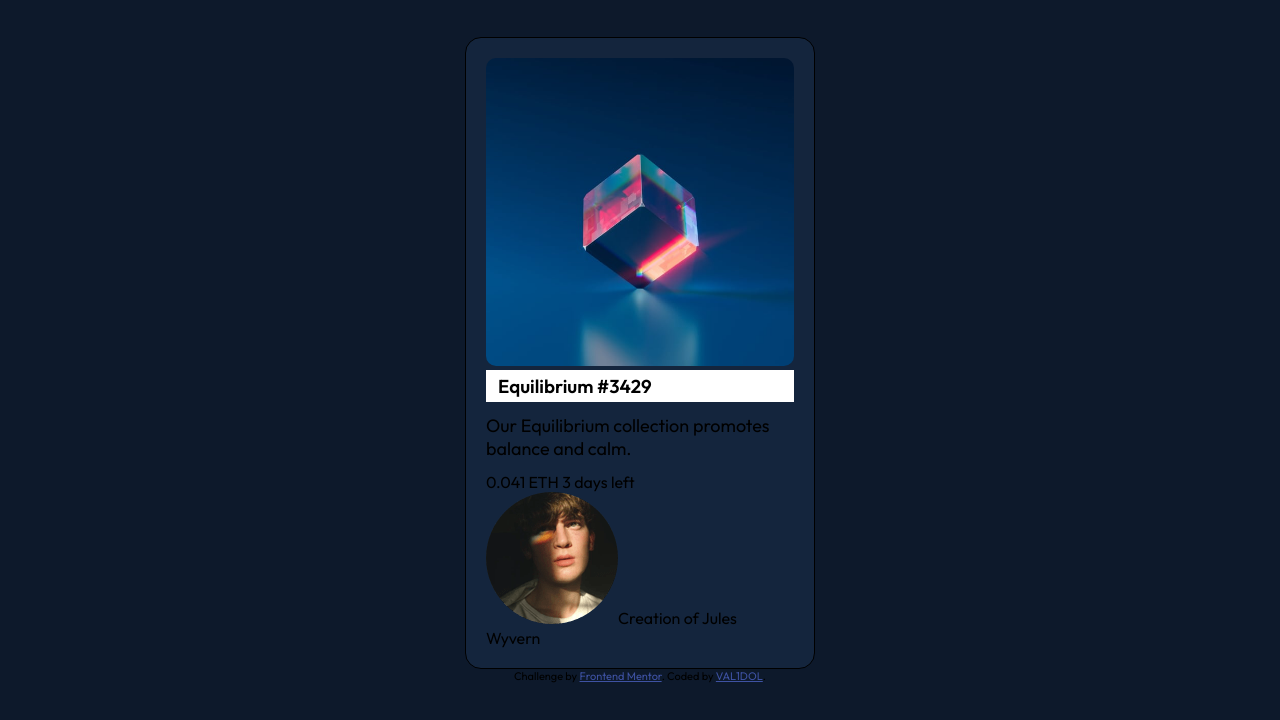
Repository: VAL1DOL-web/fm-NFT-preview-card-component
Page: index.html
These files come from the project's save history. The page is drawn as it stood at one moment and after the next save; the edit follows.
The browser window is 1280 px wide. The pictures show the whole page.

Above is the page before, as saved 2024-01-07 15:17:28.

After the next save:
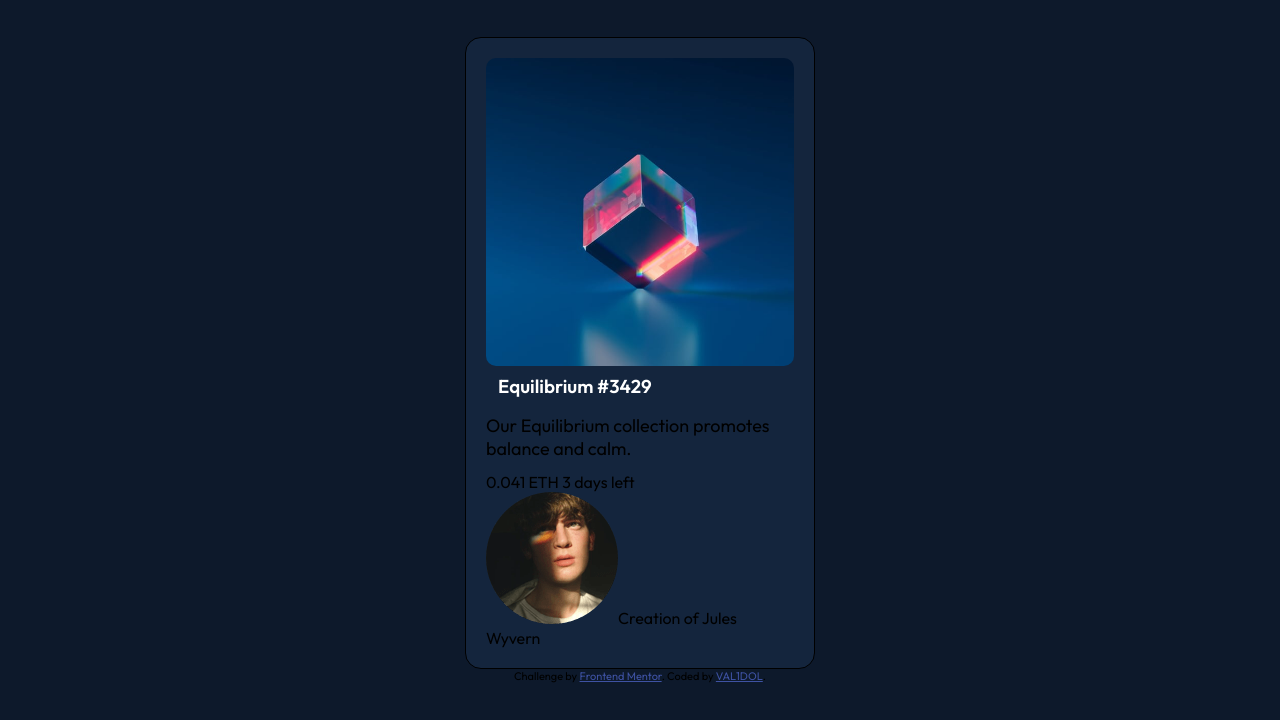
Saved 14 s later.
--- a/style.css
+++ b/style.css
@@ -36,7 +36,7 @@
     gap: 12px;
   }
   .textbox h3 {
-    background-color:hsl(0, 0%, 100%);
+    color:hsl(0, 0%, 100%);
     display:inline-block;
     padding: 4px 12px;
   }
